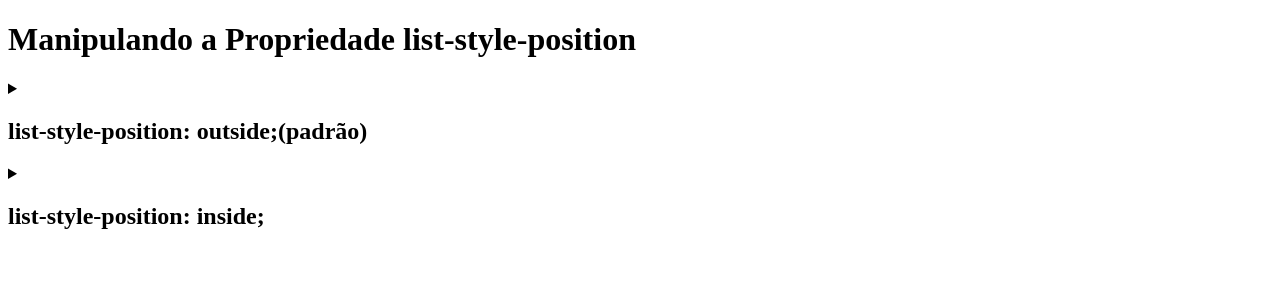
Repository: EmanuelUrbano/introducao_a_tecnologias
Page: 26_04_22/fundamentosCss/list_style_position.html
An editor plug-in stored every save of this project. The page is shown before and after the next save, followed by the edit.
The browser window is 1280 px wide. The pictures show the whole page.

Above is the page before, as saved 2022-04-27 16:45:56.

### 26_04_22/fundamentosCss/list_style_position.html
<!DOCTYPE html>
<html lang="en">
<head>
    <meta charset="UTF-8">
    <meta http-equiv="X-UA-Compatible" content="IE=edge">
    <meta name="viewport" content="width=device-width, initial-scale=1.0">
    <link rel="stylesheet" href="style.css">
    <title>Propriedade css: posicao da lista</title>
</head>
<body>
    <h1>Manipulando a Propriedade list-style-position</h1>
    <details>
        <summary>
            <h2>list-style-position: outside;(padrão)</h2>
        </summary>
        <ul>
            <li>Lorem ipsum dolor sit amet, consectetur adipisicing elit. Fugiat, laboriosam, neque asperiores earum cumque eos suscipit nostrum deserunt at assumenda eum laborum harum totam eveniet quisquam consequuntur nisi ea molestias.</li>
            <li>Lorem ipsum dolor sit amet, consectetur adipisicing elit. Fugiat, laboriosam, neque asperiores earum cumque eos suscipit nostrum deserunt at assumenda eum laborum harum totam eveniet quisquam consequuntur nisi ea molestias.</li>
            <li>Lorem ipsum dolor sit amet, consectetur adipisicing elit. Fugiat, laboriosam, neque asperiores earum cumque eos suscipit nostrum deserunt at assumenda eum laborum harum totam eveniet quisquam consequuntur nisi ea molestias.</li>
        </ul>
    </details>
    <details>
        <summary>
            <h2>list-style-position: inside;</h2>
        </summary>
        <ul>
            <li>Lorem ipsum dolor sit amet, consectetur adipisicing elit. Fugiat, laboriosam, neque asperiores earum cumque eos suscipit nostrum deserunt at assumenda eum laborum harum totam eveniet quisquam consequuntur nisi ea molestias.</li>
            <li>Lorem ipsum dolor sit amet, consectetur adipisicing elit. Fugiat, laboriosam, neque asperiores earum cumque eos suscipit nostrum deserunt at assumenda eum laborum harum totam eveniet quisquam consequuntur nisi ea molestias.</li>
            <li>Lorem ipsum dolor sit amet, consectetur adipisicing elit. Fugiat, laboriosam, neque asperiores earum cumque eos suscipit nostrum deserunt at assumenda eum laborum harum totam eveniet quisquam consequuntur nisi ea molestias.</li>
        </ul>
    </details>
</body>
</html>

### 26_04_22/fundamentosCss/style.css

/*estados css do link*/
a{
    color:aqua;
}

a:hover{
    color:black;
}

a:active{
    color: blue;
}

/* notação ul.a: algum elemento ul que a classe é a */
ul.a{
    list-style-type: circle;
}

ul.b{
    list-style-type: square;
}

/*
    border-colapse: indica se dentro da tabela vai ter bordas compartilhadas;

    ----------------------------
    | |__pro_____| |______o_____|
    ----------------------------
    | |__pro_____| |______o_____|
    ----------------------------

    os estados do link tabem funciona para a tabela;

*/

table{
    font-family: Arial, Helvetica, sans-serif;
    border-collapse: collapse;
    width: 70%;
}

table td, table th{
    border: 1px solid white;
    padding:8px;
}

table tr:hover{
    background-color: #ddd;
}

table th{
    padding: 12px 0px;
    text-align: center;
    background-color: lightgreen;
    color: white;
}


/*
    overflow: barra de rolagem;

    max-width:

    quando o diplay for block, e especifica a lagura ele fica com essa largura;
    porem tem um problema porque o tamanho da largura ficará fixo, e aparece barra de rolagem
    horizontal;

    para isso o max width serve, para especificar a largura maxima do objeto,
    e então o conteudo vai se ajustando, com a largura da janela;

*/

/*exemplo max-width*/

div.ex1{
    width:500px;
    margin: auto;
    border: 3px solid greenyellow;
}

div.ex2{
    max-width:500px;
    margin:auto;
    border: 3px solid greenyellow;
}


/*
 list-style-position:

 propriedade que indica a posição da lista horizontalmente
*/

After the next save:
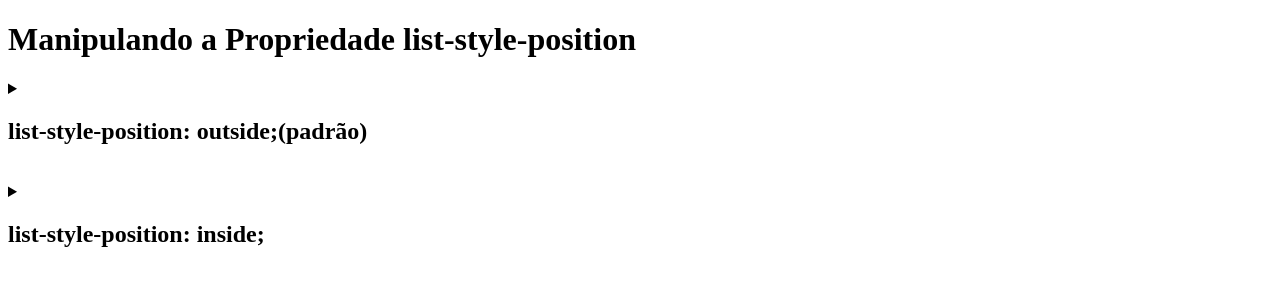
Saved 29 s later.
--- a/26_04_22/fundamentosCss/list_style_position.html
+++ b/26_04_22/fundamentosCss/list_style_position.html
@@ -11,7 +11,7 @@
     <h1>Manipulando a Propriedade list-style-position</h1>
     <details>
         <summary>
-            <h2>list-style-position: outside;(padrão)</h2>
+            <h2>list-style-position: outside;(padrão)</h2><marquee behavior="s" direction=""></marquee>
         </summary>
         <ul>
             <li>Lorem ipsum dolor sit amet, consectetur adipisicing elit. Fugiat, laboriosam, neque asperiores earum cumque eos suscipit nostrum deserunt at assumenda eum laborum harum totam eveniet quisquam consequuntur nisi ea molestias.</li>
@@ -21,7 +21,7 @@
     </details>
     <details>
         <summary>
-            <h2>list-style-position: inside;</h2>
+            <h2>list-style-position: inside;</h2><marquee behavior="s" direction=""></marquee>
         </summary>
         <ul>
             <li>Lorem ipsum dolor sit amet, consectetur adipisicing elit. Fugiat, laboriosam, neque asperiores earum cumque eos suscipit nostrum deserunt at assumenda eum laborum harum totam eveniet quisquam consequuntur nisi ea molestias.</li>

After the save that followed:
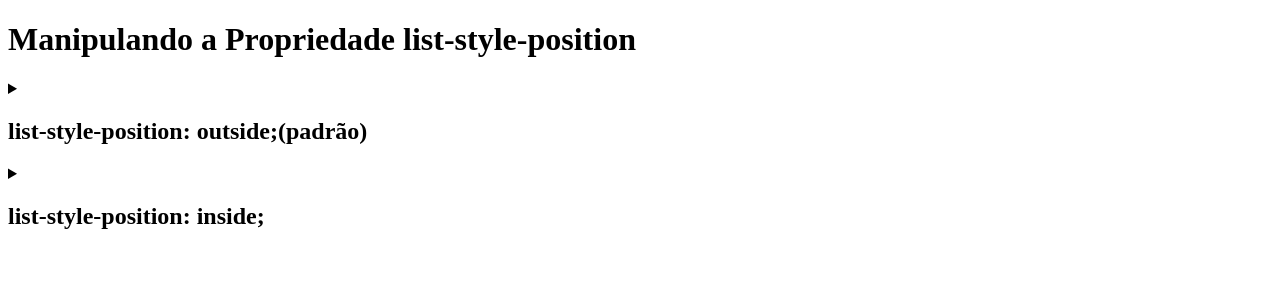
Saved 17 s later.
--- a/26_04_22/fundamentosCss/list_style_position.html
+++ b/26_04_22/fundamentosCss/list_style_position.html
@@ -11,7 +11,7 @@
     <h1>Manipulando a Propriedade list-style-position</h1>
     <details>
         <summary>
-            <h2>list-style-position: outside;(padrão)</h2><marquee behavior="s" direction=""></marquee>
+            <h2>list-style-position: outside;(padrão)</h2>
         </summary>
         <ul>
             <li>Lorem ipsum dolor sit amet, consectetur adipisicing elit. Fugiat, laboriosam, neque asperiores earum cumque eos suscipit nostrum deserunt at assumenda eum laborum harum totam eveniet quisquam consequuntur nisi ea molestias.</li>
@@ -21,7 +21,7 @@
     </details>
     <details>
         <summary>
-            <h2>list-style-position: inside;</h2><marquee behavior="s" direction=""></marquee>
+            <h2>list-style-position: inside;</h2>
         </summary>
         <ul>
             <li>Lorem ipsum dolor sit amet, consectetur adipisicing elit. Fugiat, laboriosam, neque asperiores earum cumque eos suscipit nostrum deserunt at assumenda eum laborum harum totam eveniet quisquam consequuntur nisi ea molestias.</li>
